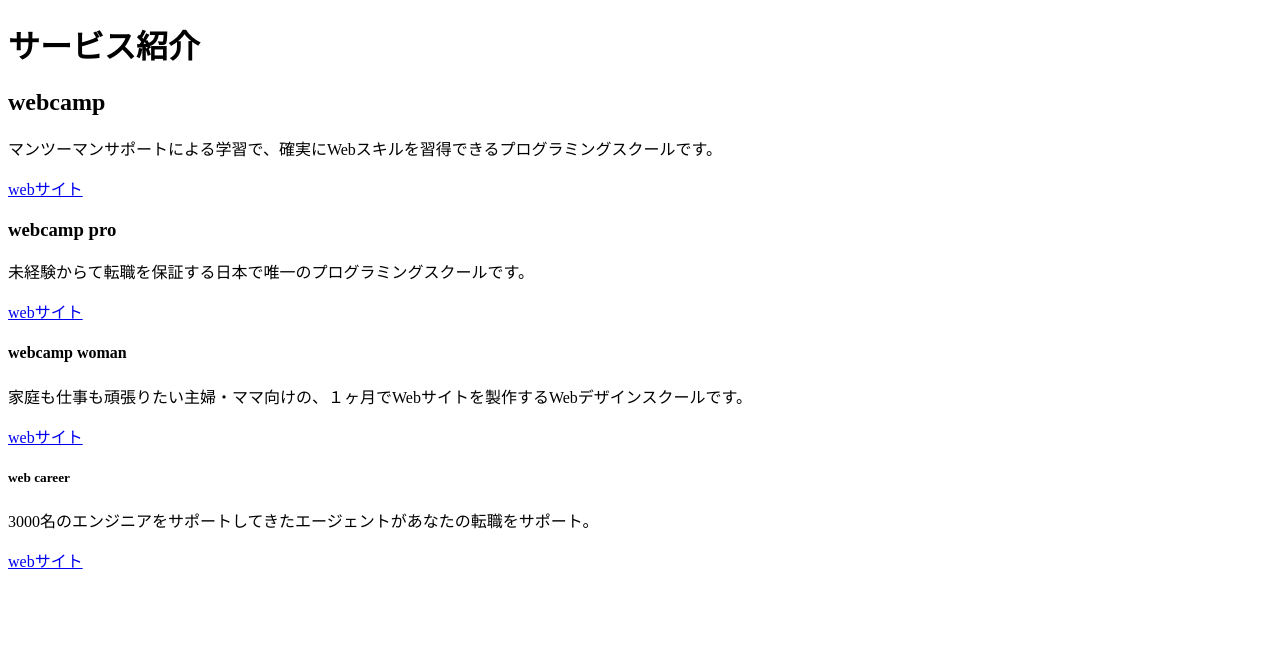
Repository: TKCitoh/html-5-
Page: sample/sample.html
The author's editor kept a record of every edit. The page is drawn from the files as they stood at one moment, then again after the next edit.
The browser window is 1280 px wide. The pictures show the whole page.

Above is the page before.

After the next edit:
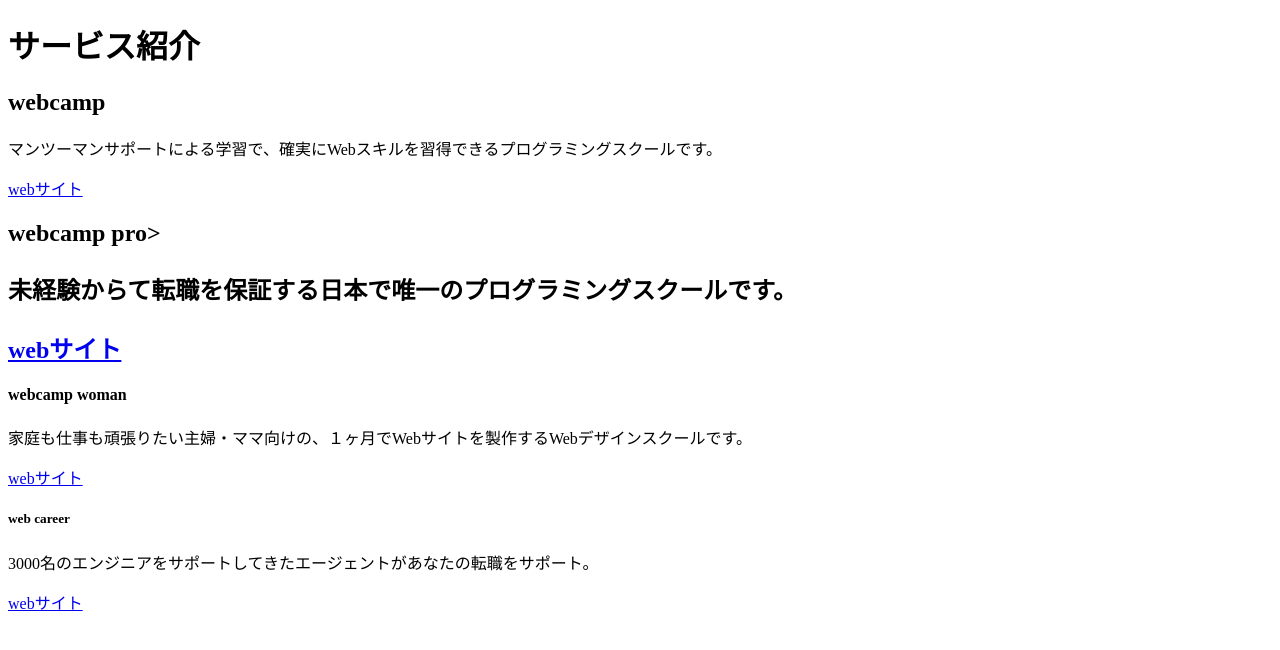
The edit:
--- a/sample/sample.html
+++ b/sample/sample.html
@@ -10,7 +10,7 @@
     <h2>webcamp</h2>
     <p>マンツーマンサポートによる学習で、確実にWebスキルを習得できるプログラミングスクールです。</p>
     <a href="https://web-camp.io/?utm_source=cpc-google&utm_medium=commit-unspecified-brand&utm_term=dmm%20web_e&gclid=EAIaIQobChMIkJqt77ag-AIVM8FMAh23HgM4EAAYASAAEgJRmvD_BwE#argument=lndrcWsV&ai=a607e9f6574c29">webサイト</a>
-    <h3>webcamp pro</h3>
+    <h2>webcamp pro</</h2>>
     <p>未経験からて転職を保証する日本で唯一のプログラミングスクールです。</p>
     <a href="https://web-camp.io/?utm_source=cpc-google&utm_medium=commit-unspecified-brand&utm_term=dmm%20web_e&gclid=EAIaIQobChMIkJqt77ag-AIVM8FMAh23HgM4EAAYASAAEgJRmvD_BwE#">webサイト</a>
     <h4>webcamp woman</h4>
